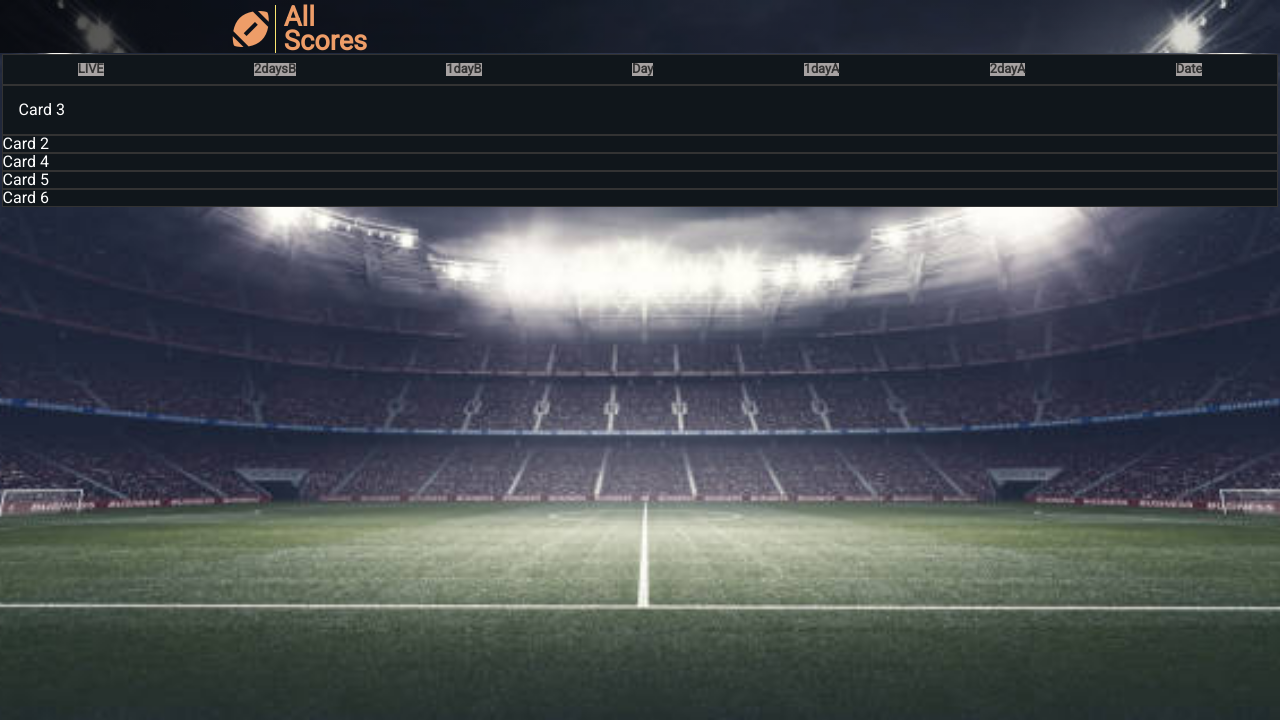
Repository: boomshakar/AllScores
Page: index.html
An editor plug-in stored every save of this project. The page is shown before and after the next save, followed by the edit.
The browser window is 1280 px wide. The pictures show the whole page.
The style sheet was rebuilt from its Sass, Less or Tailwind sources for each picture, by a compiler version that may differ from the author's.

Above is the page before, as saved 2021-03-30 02:42:31.

After the next save:
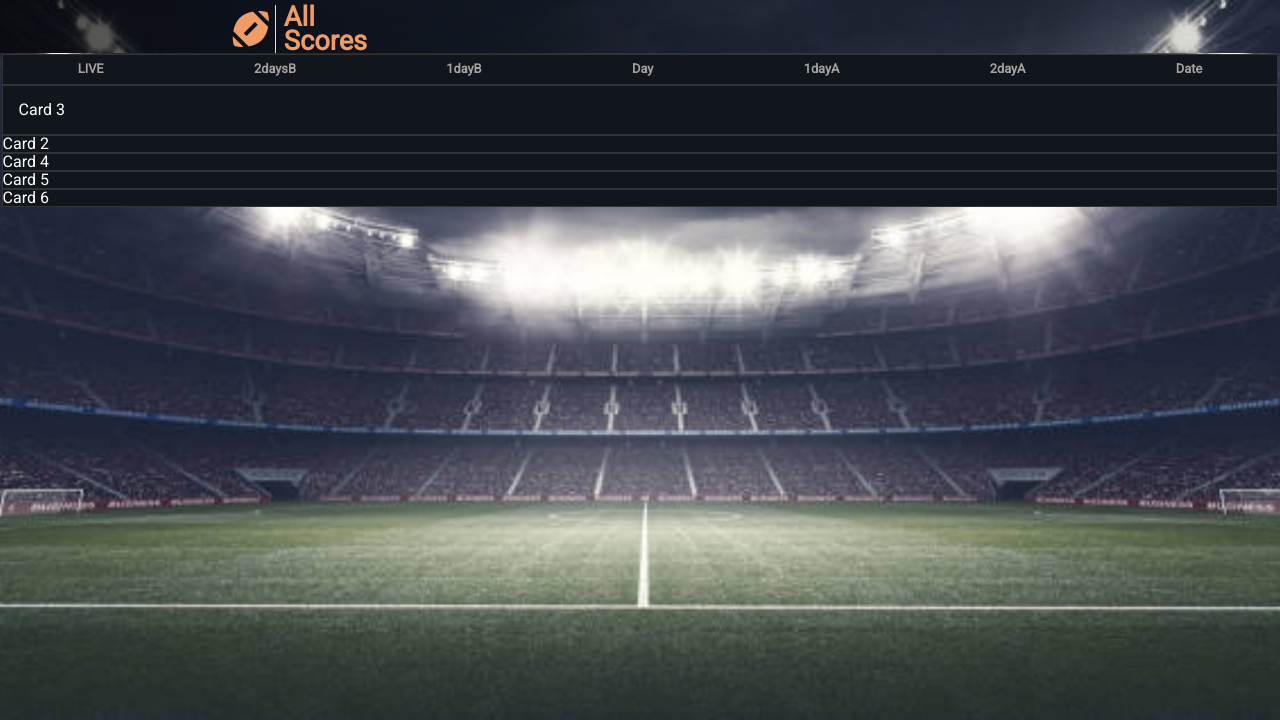
Saved 5 s later.
--- a/scss/_home.scss
+++ b/scss/_home.scss
@@ -23,7 +23,7 @@
         &__match {
           font-size: 0.8rem;
           font-weight: 600;
-          &:nth-child(1) {
+          &:nth-child(2) {
             color: #333;
             background: $text-color2;
           }
